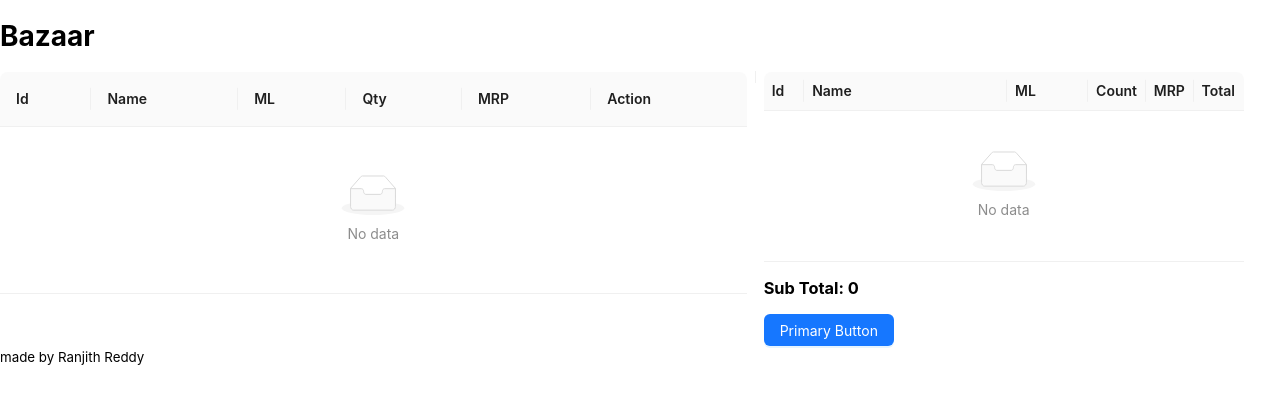
Repository: rxg8255/bazaar
Page: /
The author's editor kept a copy of each file at every save. The page is drawn from the files as they stood at one save, then again after the next save.
The browser window is 1280 px wide. The pictures show the whole page.
The page's requests for data from a server got no answer. The project was rebuilt for these pictures with package versions that can differ from the ones it lists, and the page was loaded fresh each time. No one was signed in, and anything a server would have sent is missing. Also part of the build but not shown: src/App.css, src/Child.js, src/Parent.js.

Above is the page before, as saved 2024-01-29 10:40:21.

After the next save:
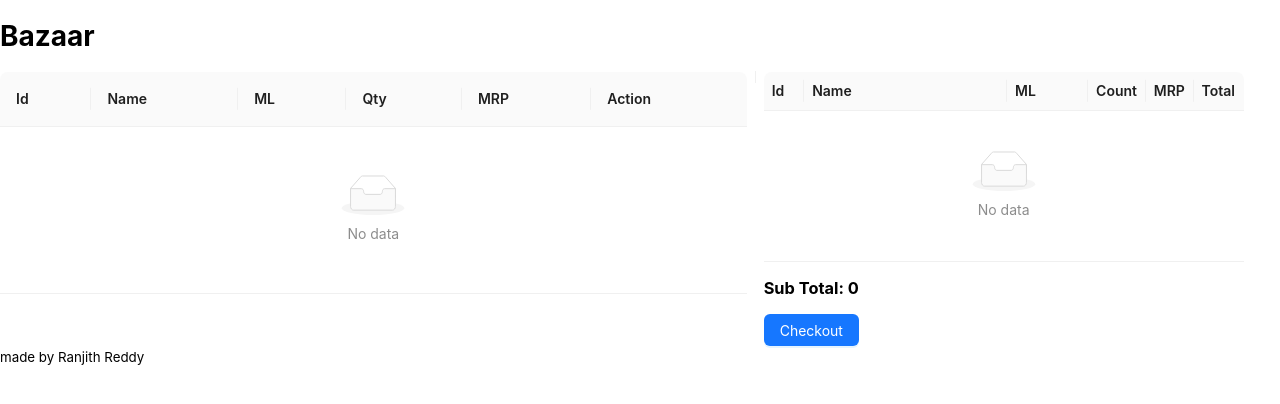
Saved 20 s later.
--- a/src/Cart.js
+++ b/src/Cart.js
@@ -51,7 +51,7 @@ function Cart({ cartListData, subTotal }) {
     <div>
       <Table columns={columns} dataSource={cartListData} size="small" />
       <h3>Sub Total: {subTotal}</h3>
-      <Button type="primary">Primary Button</Button>
+      <Button type="primary">Checkout</Button>
     </div>
   );
 }
